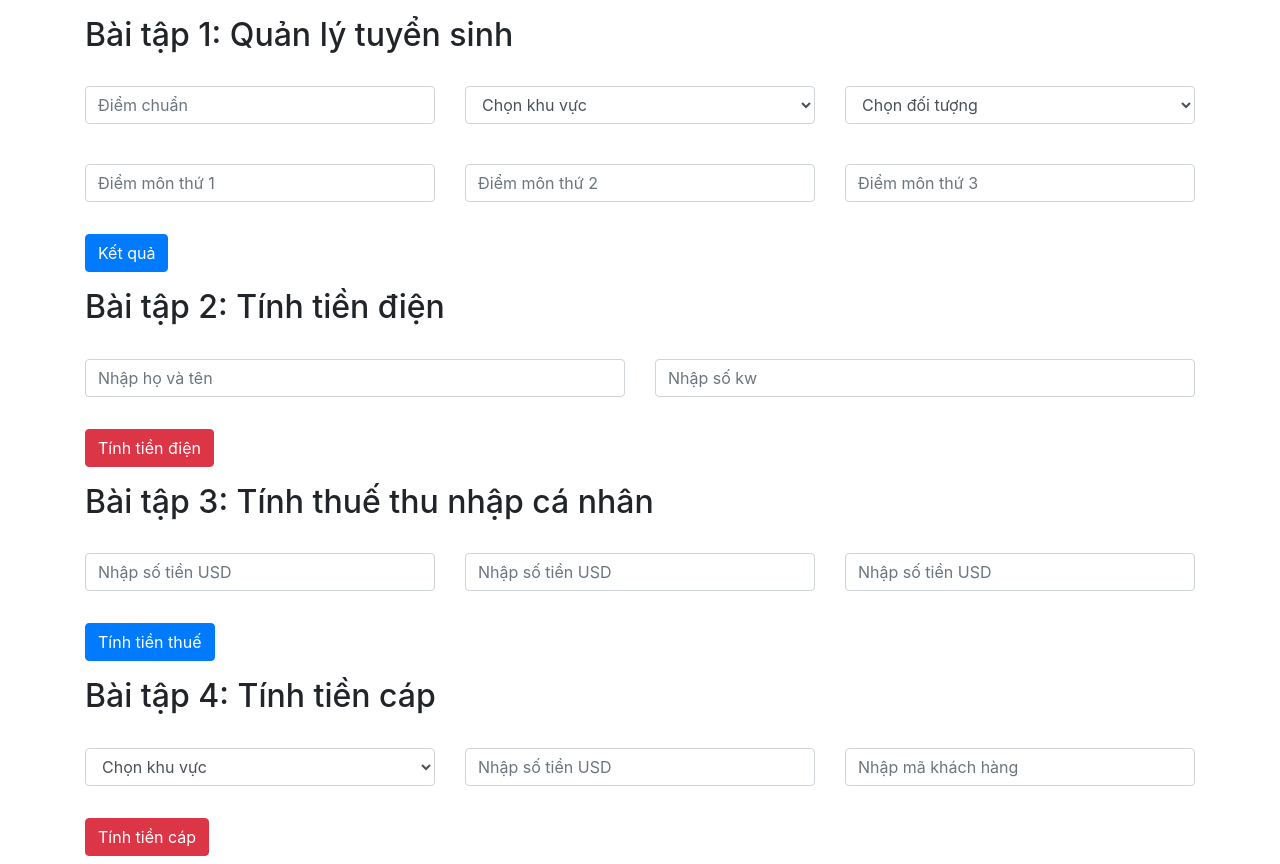
Repository: thanhfrankie/BC10-LeMinhThanh-Js-b5
Page: index.html
The author's editor kept a copy of each file at every save. The page is drawn from the files as they stood at one save, then again after the next save.
The browser window is 1280 px wide. The pictures show the whole page.

Above is the page before, as saved 2023-12-24 01:14:54.

### index.html
<!DOCTYPE html>
<html lang="en">
  <head>
    <title>Title</title>
    <!-- Required meta tags -->
    <meta charset="utf-8" />
    <meta
      name="viewport"
      content="width=device-width, initial-scale=1, shrink-to-fit=no"
    />

    <!-- Bootstrap CSS -->
    <link
      rel="stylesheet"
      href="https://stackpath.bootstrapcdn.com/bootstrap/4.3.1/css/bootstrap.min.css"
      integrity="sha384-ggOyR0iXCbMQv3Xipma34MD+dH/1fQ784/j6cY/iJTQUOhcWr7x9JvoRxT2MZw1T"
      crossorigin="anonymous"
    />
  </head>
  <body>
    <!-- Bài tập 1 -->
    <div class="container">
      <h2 class="mt-3">Bài tập 1: Quản lý tuyển sinh</h2>
      <div class="row">
        <div class="col-sm-4">
          <div class="form-group">
            <label for="diem-chuan"></label>
            <input
              type="number"
              class="form-control"
              name=""
              id="diem-chuan"
              aria-describedby="helpId"
              placeholder="Điểm chuẩn"
              required
            />
          </div>
        </div>
        <div class="col-sm-4">
          <div class="form-group">
            <label for="khu-vuc"></label>
            <select class="form-control" id="khu-vuc">
              <option selected>Chọn khu vực</option>
              <option>A</option>
              <option>B</option>
              <option>C</option>
            </select>
          </div>
        </div>
        <div class="col-sm-4">
          <div class="form-group">
            <label for="doi-tuong"></label>
            <select class="form-control" id="doi-tuong">
              <option selected>Chọn đối tượng</option>
              <option>1</option>
              <option>2</option>
              <option>3</option>
            </select>
          </div>
        </div>
      </div>
      <div class="row">
        <div class="col-sm-4">
          <div class="form-group">
            <label for="diem-mon-thu-1"></label>
            <input
              type="number"
              class="form-control"
              name=""
              id="diem-mon-thu-1"
              aria-describedby="helpId"
              placeholder="Điểm môn thứ 1"
              required
            />
          </div>
        </div>
        <div class="col-sm-4">
          <div class="form-group">
            <label for="diem-mon-thu-2"></label>
            <input
              type="number"
              class="form-control"
              name=""
              id="diem-mon-thu-2"
              aria-describedby="helpId"
              placeholder="Điểm môn thứ 2"
              required
            />
          </div>
        </div>
        <div class="col-sm-4">
          <div class="form-group">
            <label for="diem-mon-thu-3"></label>
            <input
              type="number"
              class="form-control"
              name=""
              id="diem-mon-thu-3"
              aria-describedby="helpId"
              placeholder="Điểm môn thứ 3"
              required
            />
          </div>
        </div>
      </div>
      <button
        type="button"
        onclick="tuyenSinh()"
        class="btn btn-primary mt-3"
        id="ket-qua-tuyen-sinh"
      >
        Kết quả
      </button>
      <h3 id="ket-qua-cuoi-cung" class="text-success"></h3>
    </div>
    <!-- Bài tập 2 -->
    <div class="container">
      <h2 class="mt-3">Bài tập 2: Tính tiền điện</h2>
      <div class="row">
        <div class="col-sm-6">
          <div class="form-group">
            <label for="ho-ten"></label>
            <input
              type="text"
              class="form-control"
              name=""
              id="ho-ten"
              aria-describedby="helpId"
              placeholder="Nhập họ và tên"
              required
            />
          </div>
        </div>
        <div class="col-sm-6">
          <div class="form-group">
            <label for="so-kw"></label>
            <input
              type="number"
              class="form-control"
              name=""
              id="so-kw"
              aria-describedby="helpId"
              placeholder="Nhập số kw"
              required
            />
          </div>
        </div>
      </div>
      <button type="button" onclick="tinhTienDien()" class="btn btn-danger mt-3">
        Tính tiền điện
      </button>

      <h3 id="thong-tin-hoa-don" class="text-success"></h3>
    </div>
    <!-- Bài tập 3-->
    <div class="container">
      <h2 class="mt-3">Bài tập 3: Tính thuế thu nhập cá nhân</h2>
      <div class="row">
        <div class="col-sm-4">
          <div class="form-group">
            <label for="so-luong-USD"></label>
            <input
              type="text"
              class="form-control"
              name=""
              id="so-luong-USD"
              aria-describedby="helpId"
              placeholder="Nhập số tiền USD"
              required
            />
          </div>
        </div>
        <div class="col-sm-4">
          <div class="form-group">
            <label for="so-luong-USD"></label>
            <input
              type="number"
              class="form-control"
              name=""
              id="so-luong-USD"
              aria-describedby="helpId"
              placeholder="Nhập số tiền USD"
              required
            />
          </div>
        </div>
        <div class="col-sm-4">
          <div class="form-group">
            <label for="so-luong-USD"></label>
            <input
              type="number"
              class="form-control"
              name=""
              id="so-luong-USD"
              aria-describedby="helpId"
              placeholder="Nhập số tiền USD"
              required
            />
          </div>
        </div>
      </div>
      <button type="button" onclick="quyDoiTien()" class="btn btn-primary mt-3">
        Tính tiền thuế
      </button>
      <h3 id="so-luong-VND" class="text-success"></h3>
    </div>
    <!-- Bài tập 4-->
    <div class="container">
      <h2 class="mt-3">Bài tập 4: Tính tiền cáp</h2>
      <div class="row">
        <div class="col-sm-4">
          <div class="form-group">
            <label for=""></label>
            <select class="form-control" id="">
              <option selected>Chọn khu vực</option>
              <option>Nhà Dân</option>
              <option>Doanh Nghiệp</option>
            </select>
          </div>
        </div>
        <div class="col-sm-4">
          <div class="form-group">
            <label for="khu-vuc"></label>
            <input
              type="text"
              class="form-control"
              name=""
              id="khu-vuc"
              aria-describedby="helpId"
              placeholder="Nhập số tiền USD"
              required
            />
          </div>
        </div>
        <div class="col-sm-4">
          <div class="form-group">
            <label for="so-luong-USD"></label>
            <input
              type="number"
              class="form-control"
              name=""
              id="so-luong-USD"
              aria-describedby="helpId"
              placeholder="Nhập mã khách hàng"
              required
            />
          </div>
        </div>
      </div>
      <button type="button" onclick="quyDoiTien()" class="btn btn-danger mt-3">
        Tính tiền cáp
      </button>

      <h3 id="so-luong-VND" class="text-success"></h3>
    </div>

    <!-- Optional JavaScript -->
    <!-- jQuery first, then Popper.js, then Bootstrap JS -->
    <script
      src="https://code.jquery.com/jquery-3.3.1.slim.min.js"
      integrity="sha384-q8i/X+965DzO0rT7abK41JStQIAqVgRVzpbzo5smXKp4YfRvH+8abtTE1Pi6jizo"
      crossorigin="anonymous"
    ></script>
    <script
      src="https://cdnjs.cloudflare.com/ajax/libs/popper.js/1.14.7/umd/popper.min.js"
      integrity="sha384-UO2eT0CpHqdSJQ6hJty5KVphtPhzWj9WO1clHTMGa3JDZwrnQq4sF86dIHNDz0W1"
      crossorigin="anonymous"
    ></script>
    <script
      src="https://stackpath.bootstrapcdn.com/bootstrap/4.3.1/js/bootstrap.min.js"
      integrity="sha384-JjSmVgyd0p3pXB1rRibZUAYoIIy6OrQ6VrjIEaFf/nJGzIxFDsf4x0xIM+B07jRM"
      crossorigin="anonymous"
    ></script>
    <script src="./index.js"></script>
  </body>
</html>

### index.js
// Bài tập 1
/**
 * B1: tạo biến, lấy giá trị từ input
 * B2: Xét các trường hợp
 * + nếu có môn điểm 0 => rớt
 * + chọn điểm chuẩn: ví dụ: 25
 * + tính điểm ưu tiên
 * + tính điểm tổng kết = tổng 3 môn thi + điểm ưu tiên
 * + so sánh điểm tổng kết và điểm chuẩn để kết luận đậu hay rớt
 * + gán sự kiện cho button
 * B3: hiển thị kết quả
 */
function tuyenSinh() {
  var diemChuan = document.getElementById("diem-chuan").value * 1;
  var diemMon1 = document.getElementById("diem-mon-thu-1").value * 1;
  var diemMon2 = document.getElementById("diem-mon-thu-2").value * 1;
  var diemMon3 = document.getElementById("diem-mon-thu-3").value * 1;
  var tongDiem3Mon = diemMon1 + diemMon2 + diemMon3;
  var khuVucA = 2;
  var khuVucB = 1;
  var khuVucC = 0.5;
  var doiTuong1 = 2.5;
  var doiTuong2 = 1.5;
  var doiTuong3 = 1;
  var isKhuVucUuTien = true;
  var isDoiTuongUuTien = true;
  var diemKhuVuc = document.getElementById("khu-vuc").value;
  var diemDoiTuong = document.getElementById("doi-tuong").value * 1;
  var diemUuTien;
  var diemTongKet;
  var ketQua = document.getElementById("ket-qua-cuoi-cung");

  if (diemMon1 || diemMon2 || diemMon3 == 0) {
    ketQua.innerText = `Kết quả: Rớt!!!`;
  }

  if (!isDoiTuongUuTien && !isKhuVucUuTien) {
    diemUuTien === 0;
    diemTongKet = tongDiem3Mon;
    if (diemTongKet < diemChuan) {
      ketQua.innerText = `Kết quả: ${diemTongKet} - Rớt!!!`;
    }
    ketQua.innerText = `Kết quả: ${diemTongKet} - Đậu `;
  }
  if (!isDoiTuongUuTien && isKhuVucUuTien) {
    if (diemKhuVuc == "A") {
      diemKhuVuc = khuVucA;
      diemUuTien = diemKhuVuc;
      diemTongKet = tongDiem3Mon + diemUuTien;
      if (diemTongKet < diemChuan) {
        ketQua.innerText = `Kết quả: ${diemTongKet} - Rớt!!!`;
      }
      ketQua.innerText = `Kết quả: ${diemTongKet} - Đậu `;
    }
    if (diemKhuVuc == "B") {
      diemKhuVuc = khuVucB;
      diemUuTien = diemKhuVuc;
      diemTongKet = tongDiem3Mon + diemUuTien;
      if (diemTongKet < diemChuan) {
        ketQua.innerText = `Kết quả: ${diemTongKet} - Rớt!!!`;
      }
      ketQua.innerText = `Kết quả: ${diemTongKet} - Đậu `;
    }
    if (diemKhuVuc == "C") {
      diemKhuVuc = khuVucC;
      diemUuTien = diemKhuVuc;
      diemTongKet = tongDiem3Mon + diemUuTien;
      if (diemTongKet < diemChuan) {
        ketQua.innerText = `Kết quả: ${diemTongKet} - Rớt!!!`;
      }
      ketQua.innerText = `Kết quả: ${diemTongKet} - Đậu `;
    }
  }
  if (isDoiTuongUuTien && !isKhuVucUuTien) {
    if (diemDoiTuong == "1") {
      diemDoiTuong = doiTuong1;
      diemUuTien = diemDoiTuong;
      diemTongKet = tongDiem3Mon + diemUuTien;
      if (diemTongKet < diemChuan) {
        ketQua.innerText = `Kết quả: ${diemTongKet} - Rớt!!!`;
      }
      ketQua.innerText = `Kết quả: ${diemTongKet} - Đậu `;
    }
    if (diemDoiTuong == "2") {
      diemDoiTuong = doiTuong2;
      diemUuTien = diemDoiTuong;
      diemTongKet = tongDiem3Mon + diemUuTien;
      if (diemTongKet < diemChuan) {
        ketQua.innerText = `Kết quả: ${diemTongKet} - Rớt!!!`;
      }
      ketQua.innerText = `Kết quả: ${diemTongKet} - Đậu `;
    }
    if (diemDoiTuong == "3") {
      diemDoiTuong = doiTuong3;
      diemUuTien = diemDoiTuong;
      diemTongKet = tongDiem3Mon + diemUuTien;
      if (diemTongKet < diemChuan) {
        ketQua.innerText = `Kết quả: ${diemTongKet} - Rớt!!!`;
      }
      ketQua.innerText = `Kết quả: ${diemTongKet} - Đậu `;
    }
  }
  if (isDoiTuongUuTien && isKhuVucUuTien) {
    if (diemDoiTuong == 1 && diemKhuVuc == "A") {
      diemUuTien = doiTuong1 + khuVucA;
      diemTongKet = tongDiem3Mon + diemUuTien;
      if (diemTongKet < diemChuan) {
        ketQua.innerText = `Kết quả: ${diemTongKet} - Rớt!!!`;
      }
      ketQua.innerText = `Kết quả: ${diemTongKet} - Đậu `;
    }
    if (diemDoiTuong == 1 && diemKhuVuc == "B") {
      diemUuTien = doiTuong1 + khuVucB;
      diemTongKet = tongDiem3Mon + diemUuTien;
      if (diemTongKet < diemChuan) {
        ketQua.innerText = `Kết quả: ${diemTongKet} - Rớt!!!`;
      }
      ketQua.innerText = `Kết quả: ${diemTongKet} - Đậu `;
    }
    if (diemDoiTuong == 1 && diemKhuVuc == "C") {
      diemUuTien = doiTuong1 + khuVucC;
      diemTongKet = tongDiem3Mon + diemUuTien;
      if (diemTongKet < diemChuan) {
        ketQua.innerText = `Kết quả: ${diemTongKet} - Rớt!!!`;
      }
      ketQua.innerText = `Kết quả: ${diemTongKet} - Đậu `;
    }
    if (diemDoiTuong == 2 && diemKhuVuc == "A") {
      diemUuTien = doiTuong2 + khuVucA;
      diemTongKet = tongDiem3Mon + diemUuTien;
      if (diemTongKet < diemChuan) {
        ketQua.innerText = `Kết quả: ${diemTongKet} - Rớt!!!`;
      }
      ketQua.innerText = `Kết quả: ${diemTongKet} - Đậu `;
    }
    if (diemDoiTuong == 2 && diemKhuVuc == "B") {
      diemUuTien = doiTuong2 + khuVucB;

      if (diemTongKet < diemChuan) {
        ketQua.innerText = `Kết quả: ${diemTongKet} - Rớt!!!`;
      }
      ketQua.innerText = `Kết quả: ${diemTongKet} - Đậu `;
    }
    if (diemDoiTuong == 2 && diemKhuVuc == "C") {
      diemUuTien = doiTuong2 + khuVucC;
      diemTongKet = tongDiem3Mon + diemUuTien;
      if (diemTongKet < diemChuan) {
        ketQua.innerText = `Kết quả: ${diemTongKet} - Rớt!!!`;
      }
      ketQua.innerText = `Kết quả: ${diemTongKet} - Đậu `;
    }
    if (diemDoiTuong == 3 && diemKhuVuc == "A") {
      diemUuTien = doiTuong2 + khuVucC;
      diemTongKet = tongDiem3Mon + diemUuTien;
      if (diemTongKet < diemChuan) {
        ketQua.innerText = `Kết quả: ${diemTongKet} - Rớt!!!`;
      }
      ketQua.innerText = `Kết quả: ${diemTongKet} - Đậu `;
    }
    if (diemDoiTuong == 3 && diemKhuVuc == "B") {
      diemUuTien = doiTuong2 + khuVucB;
      diemTongKet = tongDiem3Mon + diemUuTien;
      if (diemTongKet < diemChuan) {
        ketQua.innerText = `Kết quả: ${diemTongKet} - Rớt!!!`;
      }
      ketQua.innerText = `Kết quả: ${diemTongKet} - Đậu `;
    }
    if (diemDoiTuong == 3 && diemKhuVuc == "C") {
      diemUuTien = doiTuong3 + khuVucC;
      diemTongKet = tongDiem3Mon + diemUuTien;
      if (diemTongKet < diemChuan) {
        ketQua.innerText = `Kết quả: ${diemTongKet} - Rớt!!!`;
      }
      ketQua.innerText = `Kết quả: ${diemTongKet} - Đậu `;
    }
  }
}

// Bài tập 2
/**
 * B1: tạo biến, lấy giá trị từ input
 * B2: Tính tiền điện
 * + tạo biến để tính số tiền điện theo kw
 * + xét các trường hợp tiêu thụ điện và tính số tiền tương ứng
 * + gán sự kiện click cho button
 * B3: hiển thị kết quả
 */
function tinhTienDien() {
  var hoTen = document.getElementById("ho-ten").value;
  var soKw = document.getElementById("so-kw").value * 1;
  var ketQua = document.getElementById("thong-tin-hoa-don");
  var tienPhaiTra;
  if (soKw <= 50) {
      tienPhaiTra = soKw * 500;
      return ketQua.innerText = `Họ tên: ${hoTen}, Tiền điện: ${tienPhaiTra}`;
    }
  if (50 < soKw <= 100) {
    tienPhaiTra = 50*500 + (soKw-50) * 650;
     return ketQua.innerText = `Họ tên: ${hoTen}, Tiền điện: ${tienPhaiTra}`;
  }
  if (100 < soKw <= 200) {
    tienPhaiTra = 50*500 + 50*650 + (soKw -100) * 850;
   return ketQua.innerText = `Họ tên: ${hoTen}, Tiền điện: ${tienPhaiTra}`;
  }
  if (200 < soKw <= 350) {
    tienPhaiTra = 50*500 + 50*650 + 100*850 + (soKw-200) * 1100;
     return ketQua.innerText = `Họ tên: ${hoTen}, Tiền điện: ${tienPhaiTra}`;

  }
  if (soKw > 350) {
    tienPhaiTra = 50*500 + 50*650 + 100*850 + 150*1100+ (soKw-350) * 1300;
     return ketQua.innerText = `Họ tên: ${hoTen}, Tiền điện: ${tienPhaiTra}`;
}


}

// Bài tập 3
/**
 * B1: tạo biến, lấy giá trị từ input
 * B2: Tính thuế thu nhập cá nhân
 * + tạo biến để tính lương: lương 1 ngày * số ngày làm
 * + gán sự kiện click cho button
 * B3: hiển thị kết quả
 */


// Bài tập 4
/**
 * B1: tạo biến, lấy giá trị từ input
 * B2: Tính tiền cáp
 * + xét các trường hợp nhà dân, doanh nghiệp
 * + gán sự kiện click cho button
 * B3: hiển thị kết quả
 */

After the next save:
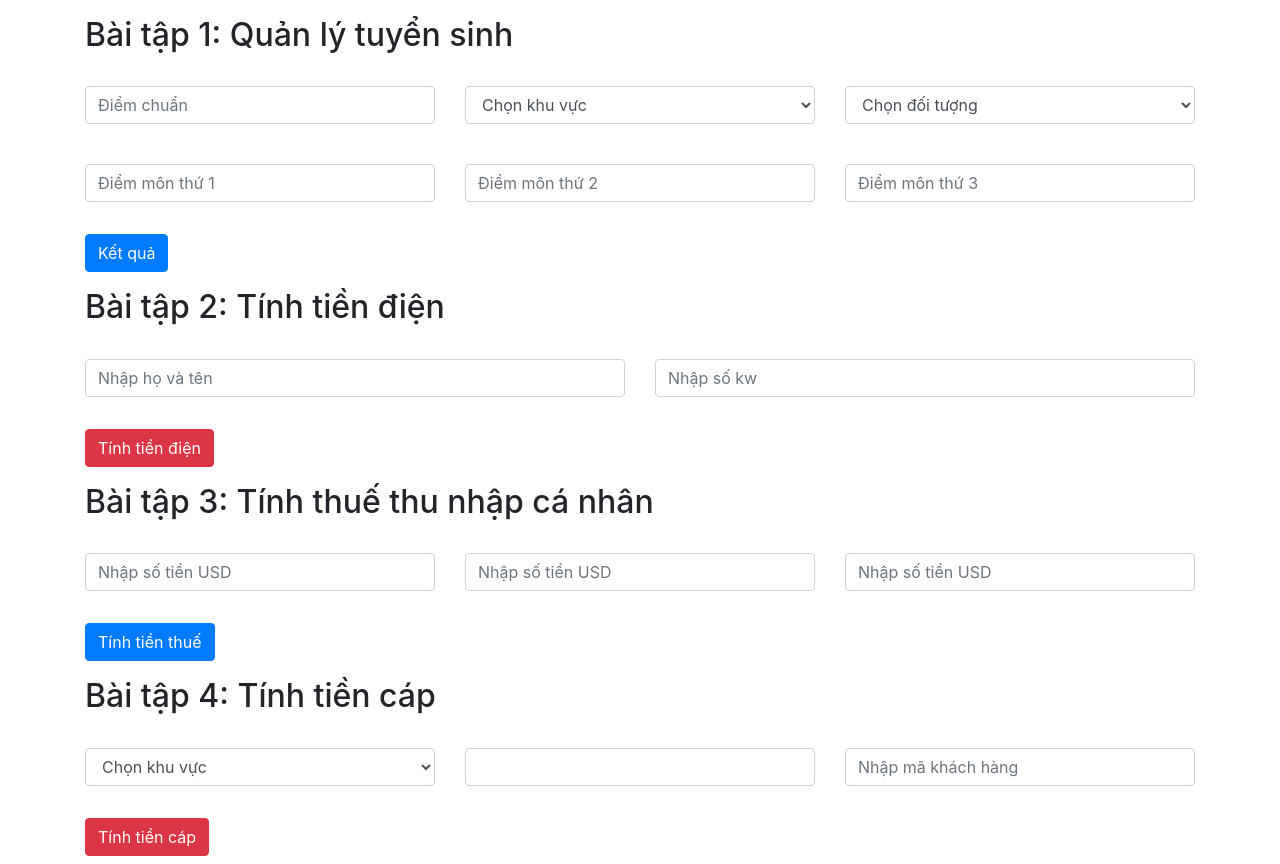
Saved 47 s later.
--- a/index.html
+++ b/index.html
@@ -227,7 +227,6 @@
               name=""
               id="khu-vuc"
               aria-describedby="helpId"
-              placeholder="Nhập số tiền USD"
               required
             />
           </div>
